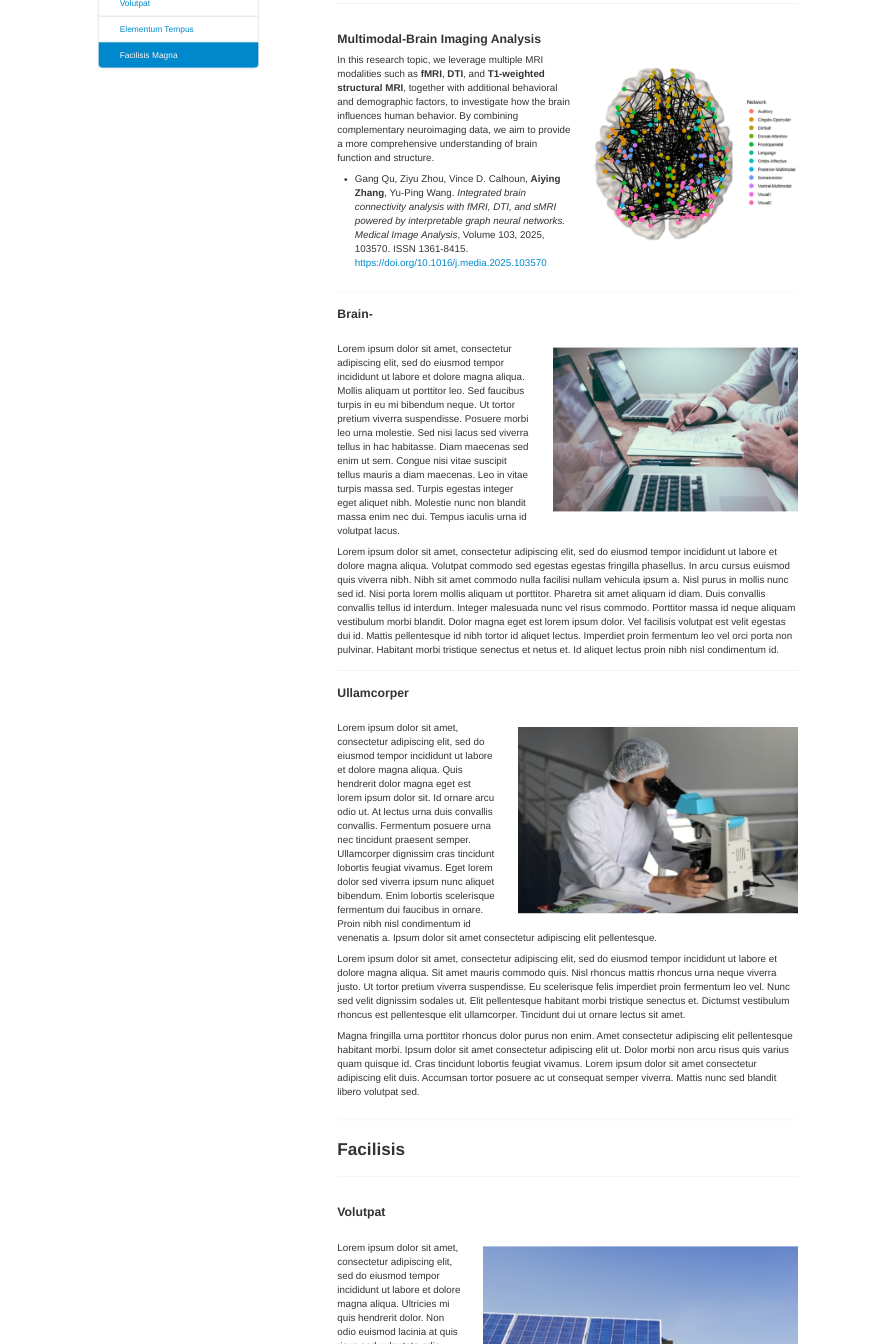
Repository: nbillab/nbillab.io
Page: research.html
These files come from the project's save history. The page is drawn as it stood at one moment and after the next save; the edit follows.
The browser window is 1280 px wide. The pictures show the part of the page from y = 541 to 2461 px (the page is 4175 px tall before and 4275 px after), at 70% of full size.

Above is the page before, as saved 2025-08-17 19:57:17.

### research.html
<!DOCTYPE html>
<html lang="en">
   <head>
      <meta charset="utf-8">
      <title>Research</title>
      <meta name="viewport" content="width=device-width, initial-scale=1.0">
      <meta name="description" content="Research Lab, Home, Velit Aliquet Sagittis University">
      <meta name="author" content="">
      <!-- Le styles -->
      <link href="css/bootstrap.min.css" rel="stylesheet">
      <link href="css/bootstrap-responsive.min.css" rel="stylesheet">
      <link href="css/theme.css" rel="stylesheet">
   </head>
   <body>
      <div class="container">
         <header class="jumbotron subhead" id="overview">
            <p class="lead"> School of Data Science, University of Virginia </p>
            <h1>NeuroBioInformatics Lab</h1>
         </header>
         <div class="masthead">
            <div class="navbar">
               <div class="navbar-inner">
                  <div class="container">
                     <ul class="nav">
                        <li><a href="index.html">Home</a></li>
                        <li><a href="people.html">People</a></li>
                        <li class="active"><a href="#">Research</a></li>
                        <li><a href="publications.html">Publications</a></li>
                        <li><a href="gallery.html">Gallery</a></li>
                        <li><a href="news.html">News</a></li>
                        <li><a href="contact.html">Contact</a></li>
                     </ul>
                  </div>
               </div>
            </div>
         </div>
         <hr>
         <div class="row-fluid">
            <div class="span3 bs-docs-sidebar" id="navparent">
               <ul class="nav nav-list bs-docs-sidenav" data-spy="affix" data-offset-top="200" data-offset-bottom="260">
                  <li><a href="#statemet"> Research Description </a></li>
                  <li><a href="#nano"> Research Topics </a></li>
                  <li><a class="subhead" href="#Penatibus"> Multimodal-Brain Imaging Analysis </a></li>
                  <li><a class="subhead" href="#QuamIdLeo"> Quam Id Leo  </a></li>
                  <li><a class="subhead" href="#Ullamcorper"> Ullamcorper </a></li>
                  <li><a href="#Facilisis">Facilisis</a></li>
                  <li><a class="subhead" href="#Volutpat"> Volutpat </a></li>
                  <li><a class="subhead" href="#ElementumTempus"> Elementum Tempus </a></li>
                  <li><a class="subhead" href="#FacilisisMagna"> Facilisis Magna </a></li>
               </ul>
            </div>
            <div class="span8 offset1">
               <section id="statemet">
                  <div class="page-header">
                     <h3>Research Description</h3>
                     <hr>
                     <p>Welcome to the NeuroBioInformatics Lab (NBIL) of School of Data Science at the University of Virginia.
                        Our research is in the field of mental health data science, focusing on statistical and computational approaches leveraging multi-modal imaging and genetics to understand typical and atypical brain development.
                     </p>
                  </div>
               </section>
               <section id="nano">
                  <div class="page-header">
                     <h3>Research Topics</h3>
                  </div>
                  <div class="row-fluid">
                     <div class="span12">
                  <section id="Penatibus">
                  <h4>Multimodal-Brain Imaging Analysis</h4>
                  <div style="display: flex; align-items: flex-start; gap: 20px;">
                     <div style="flex: 1;">
                        <p>
                        In this research topic, we leverage multiple MRI modalities such as
                        <strong>fMRI</strong>, <strong>DTI</strong>, and <strong>T1-weighted structural MRI</strong>,
                        together with additional behavioral and demographic factors, to investigate how the brain
                        influences human behavior. By combining complementary neuroimaging data, we aim to
                        provide a more comprehensive understanding of brain function and structure.
                        </p>
                        <ul>
                        <li>
                           Gang Qu, Ziyu Zhou, Vince D. Calhoun,
                           <strong>Aiying Zhang</strong>, Yu-Ping Wang.
                           <em>Integrated brain connectivity analysis with fMRI, DTI, and sMRI powered by interpretable graph neural networks.</em>
                           <i>Medical Image Analysis</i>, Volume 103, 2025, 103570.
                           ISSN 1361-8415.
                           <a href="https://doi.org/10.1016/j.media.2025.103570" target="_blank">https://doi.org/10.1016/j.media.2025.103570</a>
                        </li>
                        </ul>
                     </div>
                     <div style="flex: 0 0 300px;">
                        <img src="images/brain_conn.png" alt="Multimodal Brain Imaging" style="max-width:100%; height:auto;">
                     </div>
                  </div>
                  </section>
                        <hr>
                        <section id="QuamIdLeo">
                           <h4>Brain-</h4>
                           <br/>
                           <img src="images/brainstorming-paper.jpg" class="float-right" alt="Quam Id Leo"/>
                           <p>
                              Lorem ipsum dolor sit amet, consectetur adipiscing elit, sed do eiusmod
                              tempor incididunt ut labore et dolore magna aliqua. Mollis aliquam ut
                              porttitor leo. Sed faucibus turpis in eu mi bibendum neque. Ut tortor
                              pretium viverra suspendisse. Posuere morbi leo urna molestie. Sed nisi
                              lacus sed viverra tellus in hac habitasse. Diam maecenas sed enim ut sem.
                              Congue nisi vitae suscipit tellus mauris a diam maecenas. Leo in vitae
                              turpis massa sed. Turpis egestas integer eget aliquet nibh. Molestie
                              nunc non blandit massa enim nec dui. Tempus iaculis urna id volutpat lacus.
                           </p>
                           <p>
                              Lorem ipsum dolor sit amet, consectetur adipiscing elit, sed do eiusmod
                              tempor incididunt ut labore et dolore magna aliqua. Volutpat commodo sed
                              egestas egestas fringilla phasellus. In arcu cursus euismod quis viverra
                              nibh. Nibh sit amet commodo nulla facilisi nullam vehicula ipsum a. Nisl
                              purus in mollis nunc sed id. Nisi porta lorem mollis aliquam ut porttitor.
                              Pharetra sit amet aliquam id diam. Duis convallis convallis tellus id
                              interdum. Integer malesuada nunc vel risus commodo. Porttitor massa id
                              neque aliquam vestibulum morbi blandit. Dolor magna eget est lorem ipsum
                              dolor. Vel facilisis volutpat est velit egestas dui id. Mattis pellentesque
                              id nibh tortor id aliquet lectus. Imperdiet proin fermentum leo vel orci
                              porta non pulvinar. Habitant morbi tristique senectus et netus et. Id aliquet
                              lectus proin nibh nisl condimentum id.
                           </p>
                        </section>
                        <hr>
                        <section id="Ullamcorper">
                           <h4>Ullamcorper</h4>
                           <br/>
                           <img src="images/man-with-microscope.jpg" class="float-right" alt="Ullamcorper"/>
                           <p>
                              Lorem ipsum dolor sit amet, consectetur adipiscing elit, sed do
                              eiusmod tempor incididunt ut labore et dolore magna aliqua. Quis
                              hendrerit dolor magna eget est lorem ipsum dolor sit. Id ornare
                              arcu odio ut. At lectus urna duis convallis convallis. Fermentum
                              posuere urna nec tincidunt praesent semper. Ullamcorper dignissim
                              cras tincidunt lobortis feugiat vivamus. Eget lorem dolor sed
                              viverra ipsum nunc aliquet bibendum. Enim lobortis scelerisque
                              fermentum dui faucibus in ornare. Proin nibh nisl condimentum id
                              venenatis a. Ipsum dolor sit amet consectetur adipiscing elit
                              pellentesque.
                           </p>
                           <p>
                              Lorem ipsum dolor sit amet, consectetur adipiscing elit, sed
                              do eiusmod tempor incididunt ut labore et dolore magna aliqua.
                              Sit amet mauris commodo quis. Nisl rhoncus mattis rhoncus urna
                              neque viverra justo. Ut tortor pretium viverra suspendisse. Eu
                              scelerisque felis imperdiet proin fermentum leo vel. Nunc sed
                              velit dignissim sodales ut. Elit pellentesque habitant morbi
                              tristique senectus et. Dictumst vestibulum rhoncus est
                              pellentesque elit ullamcorper. Tincidunt dui ut ornare lectus
                              sit amet.
                           </p>
                           <p>
                              Magna fringilla urna porttitor rhoncus dolor purus non enim.
                              Amet consectetur adipiscing elit pellentesque habitant morbi.
                              Ipsum dolor sit amet consectetur adipiscing elit ut. Dolor morbi
                              non arcu risus quis varius quam quisque id. Cras tincidunt lobortis
                              feugiat vivamus. Lorem ipsum dolor sit amet consectetur adipiscing
                              elit duis. Accumsan tortor posuere ac ut consequat semper viverra.
                              Mattis nunc sed blandit libero volutpat sed.
                           </p>
                        </section>
                     </div>
                  </div>
               </section>
               <hr>
               <section id="Facilisis">
                  <div class="page-header">
                     <h3>Facilisis</h3>
                  </div>
                  <div class="row-fluid">
                     <div class="span12">
                        <section id="Volutpat">
                           <h4>Volutpat</h4>
                           <br/>
                           <img src="images/solar-2.jpg" class="float-right" alt="Volutpat"/>
                           <p>
                              Lorem ipsum dolor sit amet, consectetur adipiscing elit, sed do eiusmod
                              tempor incididunt ut labore et dolore magna aliqua. Ultricies mi quis
                              hendrerit dolor. Non odio euismod lacinia at quis risus sed vulputate odio.
                              Amet volutpat consequat mauris nunc congue nisi. Netus et malesuada fames
                              ac turpis egestas maecenas. Mauris in aliquam sem fringilla ut morbi tincidunt.
                              Arcu bibendum at varius vel. Vel eros donec ac odio tempor. Nec ullamcorper
                              sit amet risus nullam eget. Volutpat blandit aliquam etiam erat velit
                              scelerisque in dictum. Eu facilisis sed odio morbi quis. Justo eget magna
                              fermentum iaculis eu. Orci eu lobortis elementum nibh tellus molestie nunc non
                              blandit. Bibendum arcu vitae elementum curabitur vitae nunc sed. Iaculis eu non
                              diam phasellus vestibulum lorem. Auctor augue mauris augue neque gravida. Sit
                              amet purus gravida quis blandit. In nulla posuere sollicitudin aliquam ultrices.
                           </p>
                           <p>
                              Lorem ipsum dolor sit amet, consectetur adipiscing elit, sed do eiusmod tempor
                              incididunt ut labore et dolore magna aliqua. Nisi quis eleifend quam adipiscing
                              vitae proin. Metus vulputate eu scelerisque felis imperdiet proin fermentum.
                              Consectetur adipiscing elit duis tristique sollicitudin. Faucibus ornare
                              suspendisse sed nisi lacus sed viverra. Odio tempor orci dapibus ultrices in
                              iaculis nunc sed augue. Laoreet non curabitur gravida arcu ac tortor dignissim
                              convallis aenean. Posuere sollicitudin aliquam ultrices sagittis orci. Tellus
                              orci ac auctor augue. Tristique risus nec feugiat in. In est ante in nibh mauris.
                              Neque gravida in fermentum et sollicitudin ac. Commodo viverra maecenas accumsan
                              lacus vel facilisis volutpat. Aliquam malesuada bibendum arcu vitae elementum.
                           </p>
                        </section>
                        <hr>
                        <section id="ElementumTempus">
                           <h4>Elementum Tempus</h4>
                           <br/>
                           <img src="images/energy.jpg" class="float-right" alt="Elementum Tempus"/>
                           <p>
                              Lorem ipsum dolor sit amet, consectetur adipiscing elit, sed do eiusmod tempor
                              incididunt ut labore et dolore magna aliqua. Quisque sagittis purus sit amet
                              volutpat consequat mauris nunc congue. Arcu ac tortor dignissim convallis aenean.
                              Etiam non quam lacus suspendisse faucibus interdum posuere lorem ipsum. Lorem
                              mollis aliquam ut porttitor leo a diam sollicitudin. Convallis aenean et tortor
                              at risus viverra adipiscing at. Nibh cras pulvinar mattis nunc sed blandit libero.
                              Venenatis a condimentum vitae sapien pellentesque. Diam maecenas ultricies mi eget
                              mauris. Facilisis volutpat est velit egestas dui id. Ut ornare lectus sit amet est
                              placerat in egestas erat. Vel elit scelerisque mauris pellentesque pulvinar
                              pellentesque habitant.
                           </p>
                           <p>
                              Lorem ipsum dolor sit amet, consectetur adipiscing elit, sed do eiusmod tempor
                              incididunt ut labore et dolore magna aliqua. Donec ac odio tempor orci dapibus
                              ultrices. Venenatis a condimentum vitae sapien. Ante in nibh mauris cursus mattis
                              molestie a iaculis at. Egestas quis ipsum suspendisse ultrices gravida dictum fusce.
                              Pellentesque elit eget gravida cum. Duis ultricies lacus sed turpis tincidunt id
                              aliquet risus. Aliquet risus feugiat in ante metus dictum at. Id leo in vitae turpis.
                              Nec nam aliquam sem et tortor consequat id porta nibh. Sagittis eu volutpat odio
                              facilisis mauris sit amet massa. Facilisis mauris sit amet massa. Amet risus nullam
                              eget felis eget nunc lobortis mattis. Ut sem nulla pharetra diam sit. Mattis molestie
                              a iaculis at erat pellentesque adipiscing commodo. Enim neque volutpat ac tincidunt
                              vitae semper quis lectus nulla. Lectus sit amet est placerat in egestas erat. Aliquet
                              nibh praesent tristique magna sit amet purus gravida. At volutpat diam ut venenatis.
                              Nibh ipsum consequat nisl vel pretium lectus.
                           </p>
                        </section>
                        <hr>
                        <section id="FacilisisMagna">
                           <h4>Facilisis Magna</h4>
                           <br/>
                           <ol class="resources">
                              <li>Lorem ipsum dolor sit amet, consectetur adipiscing elit, sed do eiusmod tempor
                                 incididunt ut labore et dolore magna aliqua. p. 413-417, 2010.
                              </li>
                              <li>Sed ullamcorper morbi tincidunt ornare massa eget egestas. Suscipit tellus mauris
                                 a diam. Facilisis magna etiam tempor orci eu lobortis elementum nibh tellus.
                              </li>
                              <li>Tellus molestie nunc non blandit massa enim nec dui. Eget duis at tellus at urna
                                 condimentum mattis pellentesque id. At urna condimentum mattis pellentesque id nibh
                                 tortor. Placerat duis ultricies lacus sed turpis tincidunt id aliquet risus.
                              </li>
                              <li>Laoreet non curabitur gravida arcu ac. Ultricies tristique nulla aliquet enim. Auctor
                                 elit sed vulputate mi. Pellentesque diam volutpat commodo sed egestas egestas fringilla.
                                 Eleifend donec pretium vulputate sapien nec sagittis. 38(5), p. 397-406, 2013.
                              </li>
                           </ol>
                        </section>
                     </div>
                  </div>
               </section>
               <hr>
            </div>
         </div>
      </div>
      <footer id="footer">
         <div class="container-fluid">
            <div class="row-fluid">
               <div class="span5">
                  <h3>Contact Information</h3>
                  <p><b>Office Hours: </b>Monday-Friday (8.00am - 5.00pm)</p>
                  <a href="mailto:xsa5db@virginia.edu">Email</a>
               </div>
               <div class="span2">
                  <a href="https://datascience.virginia.edu/"><img src = "images/UVA.png" alt="research-lab-logo"/></a>
               </div>
               <div class="span5">
                  <h3>Address</h3>
                  <p>1919 Ivy Road<br>
                     Charlottesville, VA<br>
                     USA 22903
                  </p>
                  <a href="http://maps.google.com/">Show Map</a>
               </div>
            </div>
         </div>
      </footer>


      <!-- Le javascript
         ================================================== -->
      <!-- Placed at the end of the document so the pages load faster -->
      <script src="js/jquery-1.9.1.min.js"></script>
      <script src="js/bootstrap.min.js"></script>
      <script>
         $(document).ready(function() {
             $(document.body).scrollspy({
                 target: "#navparent"
             });
         });

      </script>
   </body>
</html>

Loaded but not shown: css/bootstrap.min.css (library); css/bootstrap-responsive.min.css (library); js/jquery-1.9.1.min.js (library); js/bootstrap.min.js (library); css/theme.css (552 lines, source omitted)

After the next save:
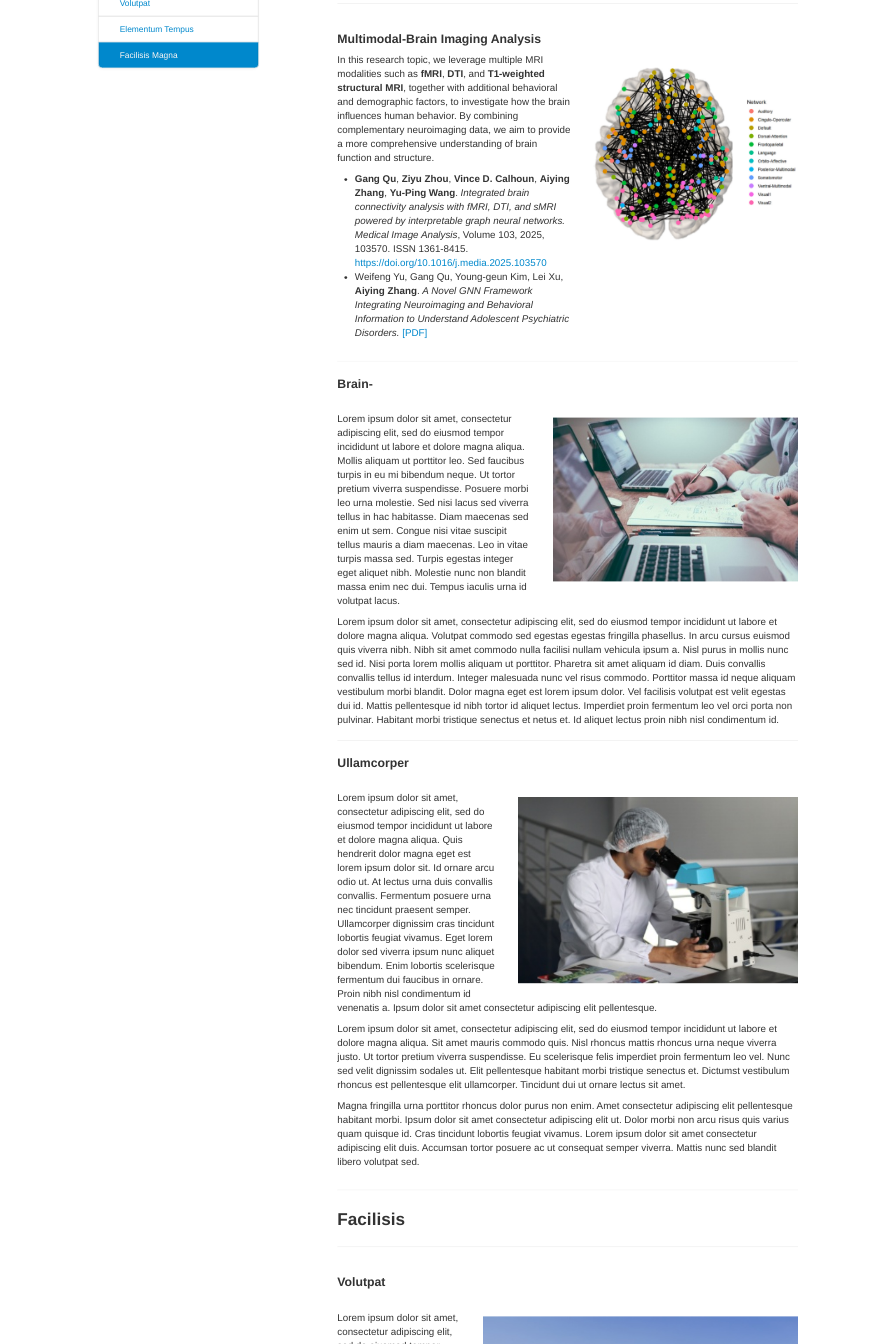
Saved 4 min 32 s later.
--- a/research.html
+++ b/research.html
@@ -65,33 +65,38 @@
                   </div>
                   <div class="row-fluid">
                      <div class="span12">
-                  <section id="Penatibus">
-                  <h4>Multimodal-Brain Imaging Analysis</h4>
-                  <div style="display: flex; align-items: flex-start; gap: 20px;">
-                     <div style="flex: 1;">
-                        <p>
-                        In this research topic, we leverage multiple MRI modalities such as
-                        <strong>fMRI</strong>, <strong>DTI</strong>, and <strong>T1-weighted structural MRI</strong>,
-                        together with additional behavioral and demographic factors, to investigate how the brain
-                        influences human behavior. By combining complementary neuroimaging data, we aim to
-                        provide a more comprehensive understanding of brain function and structure.
-                        </p>
-                        <ul>
-                        <li>
-                           Gang Qu, Ziyu Zhou, Vince D. Calhoun,
-                           <strong>Aiying Zhang</strong>, Yu-Ping Wang.
-                           <em>Integrated brain connectivity analysis with fMRI, DTI, and sMRI powered by interpretable graph neural networks.</em>
-                           <i>Medical Image Analysis</i>, Volume 103, 2025, 103570.
-                           ISSN 1361-8415.
-                           <a href="https://doi.org/10.1016/j.media.2025.103570" target="_blank">https://doi.org/10.1016/j.media.2025.103570</a>
-                        </li>
-                        </ul>
+                     <section id="Penatibus">
+                     <h4>Multimodal-Brain Imaging Analysis</h4>
+                     <div style="display: flex; align-items: flex-start; gap: 20px;">
+                        <div style="flex: 1;">
+                           <p>
+                           In this research topic, we leverage multiple MRI modalities such as
+                           <strong>fMRI</strong>, <strong>DTI</strong>, and <strong>T1-weighted structural MRI</strong>,
+                           together with additional behavioral and demographic factors, to investigate how the brain
+                           influences human behavior. By combining complementary neuroimaging data, we aim to
+                           provide a more comprehensive understanding of brain function and structure.
+                           </p>
+                           <ul>
+                           <li>
+                              <strong>Gang Qu</strong>, <strong>Ziyu Zhou</strong>, <strong>Vince D. Calhoun</strong>,
+                              <strong>Aiying Zhang</strong>, <strong>Yu-Ping Wang</strong>.
+                              <em>Integrated brain connectivity analysis with fMRI, DTI, and sMRI powered by interpretable graph neural networks.</em>
+                              <i>Medical Image Analysis</i>, Volume 103, 2025, 103570.
+                              ISSN 1361-8415.
+                              <a href="https://doi.org/10.1016/j.media.2025.103570" target="_blank">https://doi.org/10.1016/j.media.2025.103570</a>
+                           </li>
+                           <li>
+                              Weifeng Yu, Gang Qu, Young-geun Kim, Lei Xu, <strong>Aiying Zhang</strong>.
+                              <em>A Novel GNN Framework Integrating Neuroimaging and Behavioral Information to Understand Adolescent Psychiatric Disorders.</em>
+                              <a href="https://openreview.net/" target="_blank">[PDF]</a>
+                           </li>
+                           </ul>
+                        </div>
+                        <div style="flex: 0 0 300px;">
+                           <img src="images/brain_conn.png" alt="Multimodal Brain Imaging" style="max-width:100%; height:auto;">
+                        </div>
                      </div>
-                     <div style="flex: 0 0 300px;">
-                        <img src="images/brain_conn.png" alt="Multimodal Brain Imaging" style="max-width:100%; height:auto;">
-                     </div>
-                  </div>
-                  </section>
+                     </section>
                         <hr>
                         <section id="QuamIdLeo">
                            <h4>Brain-</h4>
